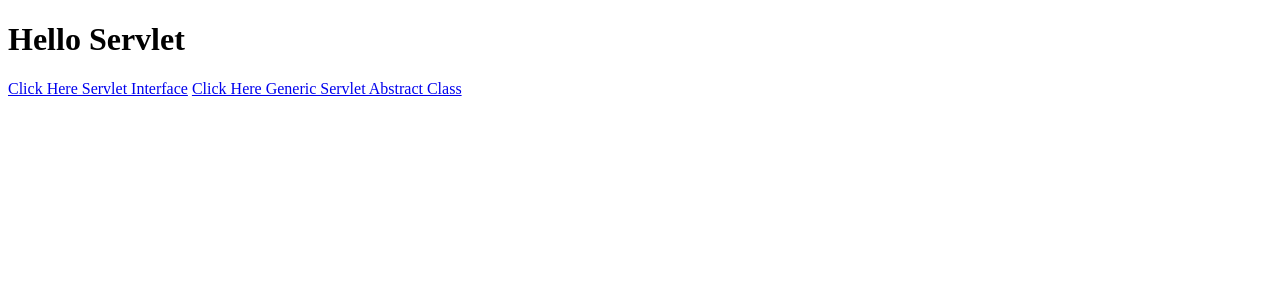
Repository: ynnuSunny/Java-Web-Basics
Page: 01-Servlet-App/WebContent/index.html
An editor plug-in stored every save of this project. The page is shown before and after the next save, followed by the edit.
The browser window is 1280 px wide. The pictures show the whole page.

Above is the page before, as saved 2023-03-25 06:49:45.

After the next save:
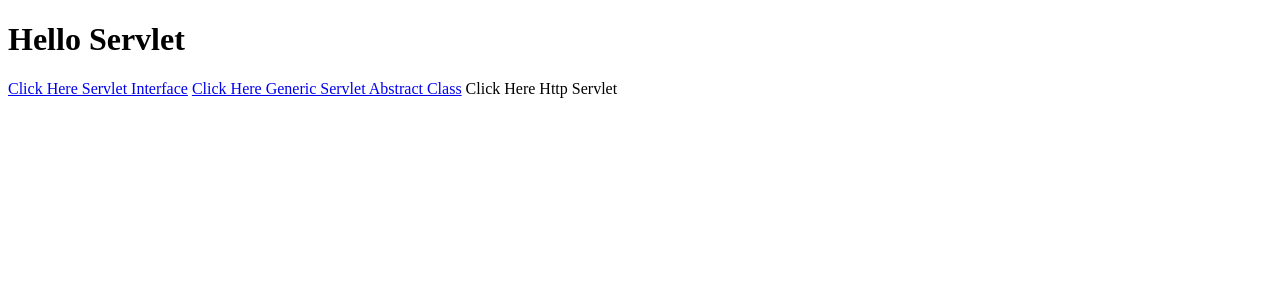
Saved 78 s later.
--- a/01-Servlet-App/WebContent/index.html
+++ b/01-Servlet-App/WebContent/index.html
@@ -9,5 +9,6 @@
 <h1>Hello Servlet</h1>
 <a href="app">Click Here Servlet Interface</a>
 <a href="generic-app"> Click Here Generic Servlet Abstract Class</a>
+<a herf="http-app" >Click Here Http Servlet</a>
 </body>
 </html>
